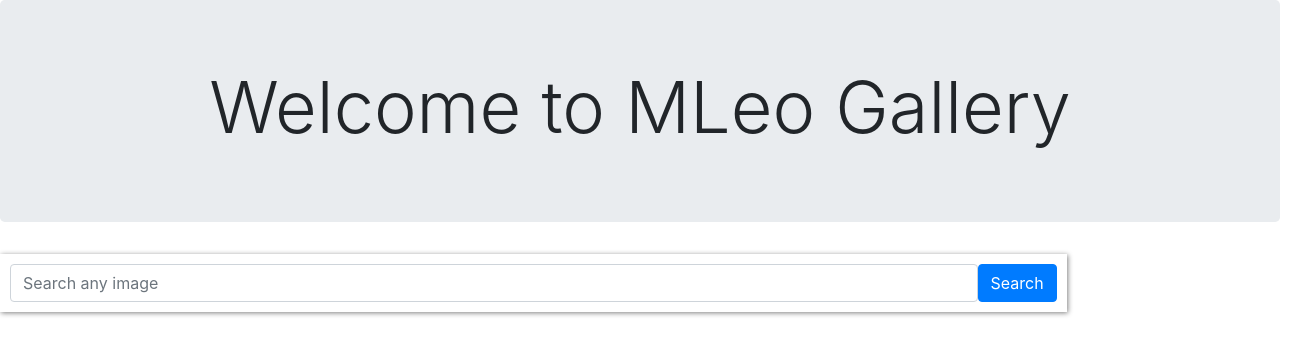
Repository: the-manohar/gallery
Page: /
These files come from the project's save history. The page is drawn as it stood at one moment and after the next save; the edit follows.
The browser window is 1280 px wide. The page is 1295 px wide, so the pictures cover 1295 px, including what lies to the right of the window. The pictures show the whole page.
The project was rebuilt for these pictures with package versions that can differ from the ones it lists, and the page was loaded fresh each time.

Above is the page before, as saved 2020-06-18 23:44:11.

After the next save:
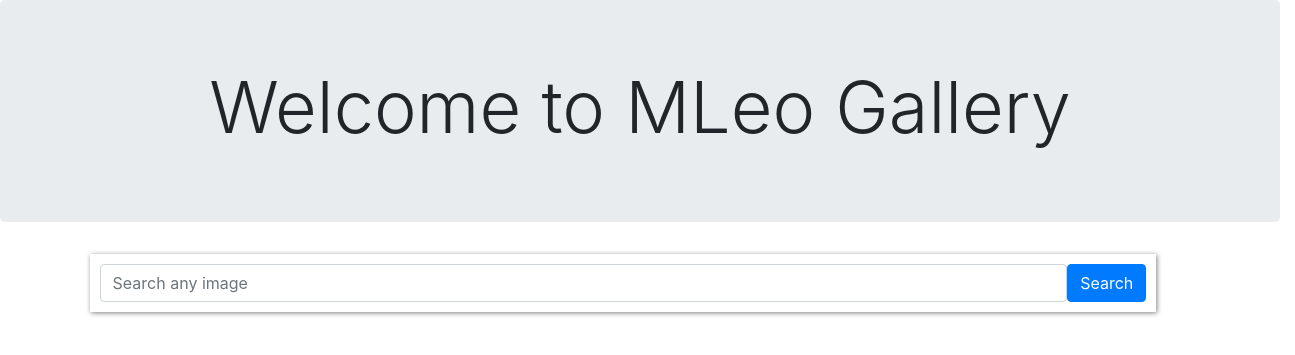
Saved 51 s later.
--- a/src/App.css
+++ b/src/App.css
@@ -3,8 +3,8 @@
 }
 .mydiv {
   display: flex;
-  /* justify-content: space-around;
-  margin: 10px 7%; */
+  /* justify-content: space-around; */
+  margin: 10px 7%;
   box-shadow: 1px 1px 5px grey;
   padding: 10px;
 }
